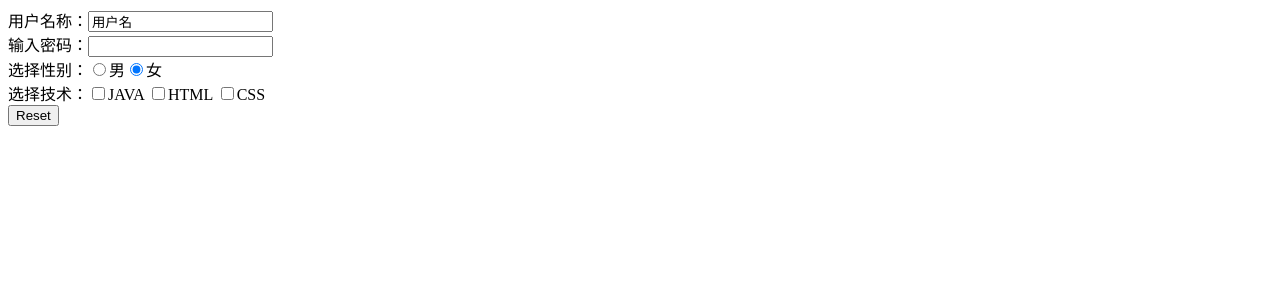
Repository: tangchengjingwen/javaLearningCode
Page: javaLearningCode/day29_html/form.html
An editor plug-in stored every save of this project. The page is shown before and after the next save, followed by the edit.
The browser window is 1280 px wide. The pictures show the whole page.

Above is the page before, as saved 2012-05-13 08:07:01.

### javaLearningCode/day29_html/form.html
<!DOCTYPE HTML PUBLIC "-//W3C//DTD HTML 4.01//EN" "http://www.w3.org/TR/html4/strict.dtd">
<html>
	<head>
		<meta http-equiv="Content-Type" content="text/html; charset=GBK">
		<title>Untitled Document</title>
	</head>
	<body>

		<!--
		演示一下表单标签。
		-->

		<form>
			用户名称：<input type="text" value="用户名" /><br/>
			输入密码：<input type="password" /><br/>
			选择性别：<input type="radio" name="sex" />男<input type="radio" name="sex" checked="checked"/>女<br/>
			选择技术：<input type="checkbox" />JAVA <input type="checkbox" />HTML <input type="checkbox" />CSS<br/>
			<!--将表单中的组件还原-->
			<input type="reset"/>

		</form>

	</body>
</html>

After the next save:
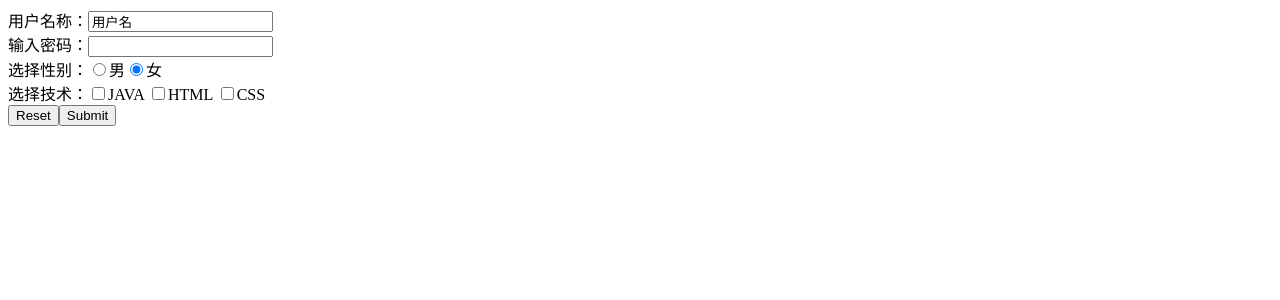
Saved 11 s later.
--- a/javaLearningCode/day29_html/form.html
+++ b/javaLearningCode/day29_html/form.html
@@ -16,7 +16,7 @@
 			选择性别：<input type="radio" name="sex" />男<input type="radio" name="sex" checked="checked"/>女<br/>
 			选择技术：<input type="checkbox" />JAVA <input type="checkbox" />HTML <input type="checkbox" />CSS<br/>
 			<!--将表单中的组件还原-->
-			<input type="reset"/>
+			<input type="reset"/><input type="submit">
 
 		</form>
 
